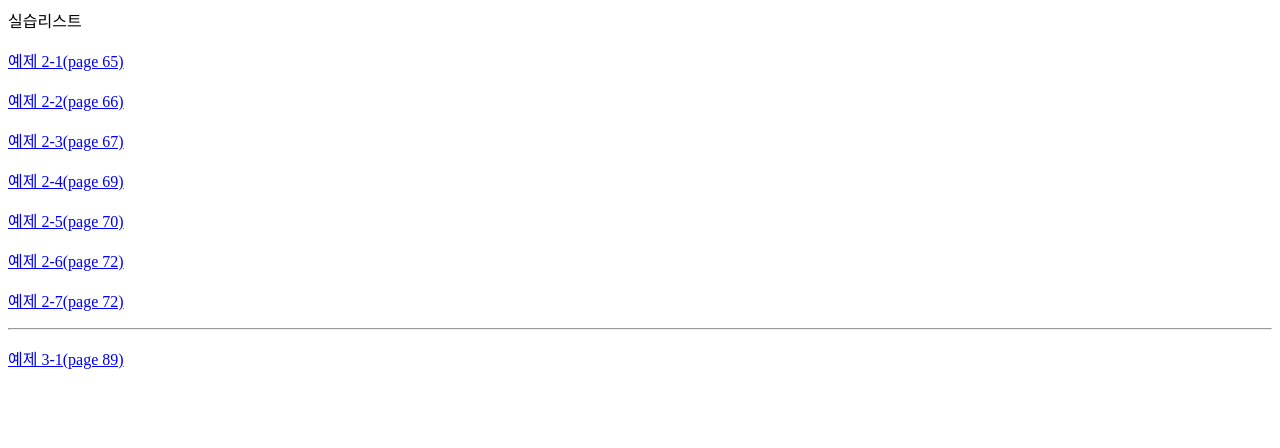
Repository: HyeongWook22/JSP
Page: http://localhost/jspbook/
These files come from the project's save history. The page is drawn as it stood at one moment and after the next save; the edit follows.
The browser window is 1280 px wide. The pictures show the whole page.
The page is served by Tomcat 10. Nobody is signed in. The application's start-up code is not run.

Above is the page before, as saved 2024-10-08 04:02:08.

After the next save:
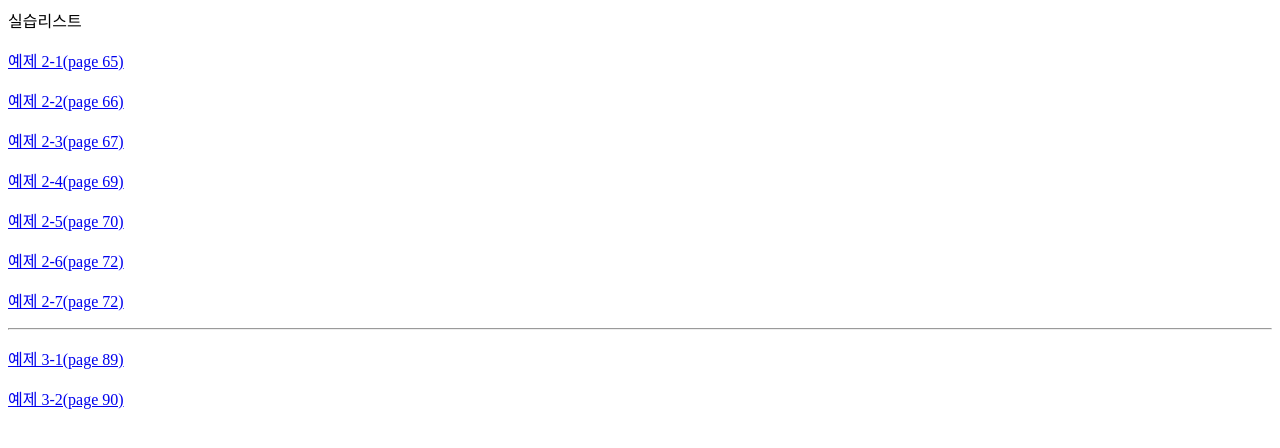
Saved 1 s later.
--- a/jspbook/src/main/webapp/index.jsp
+++ b/jspbook/src/main/webapp/index.jsp
@@ -17,5 +17,6 @@
 	<p><a href = "2_7">예제 2-7(page 72)</a></p>
 	<hr>
 	<p><a href = "3_1">예제 3-1(page 89)</a></p>
+	<p><a href = "3_2">예제 3-2(page 90)</a></p>
 </body>
 </html>
